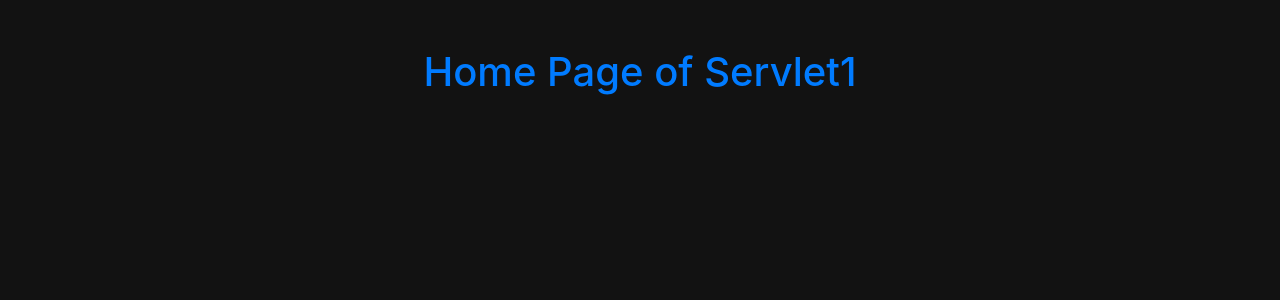
Repository: Gouravgilhare/Servlet
Page: http://localhost/SERVLET1/
These files come from the project's save history. The page is drawn as it stood at one moment and after the next save; the edit follows.
The browser window is 1280 px wide. The pictures show the whole page.
The page is served by Tomcat 10. Other server files are loaded and not shown.

Above is the page before, as saved 2025-07-16 11:40:40.

### SERVLET1/src/main/webapp/index.jsp
<%@ page language="java" contentType="text/html; charset=UTF-8"
    pageEncoding="UTF-8"%>
<!DOCTYPE html>
<html>
<head>
<meta charset="UTF-8">
<title>Home Page</title>
<link rel="stylesheet" href="https://maxcdn.bootstrapcdn.com/bootstrap/4.5.2/css/bootstrap.min.css"/>
<link rel="stylesheet" href="<%= application.getContextPath() %>/css/style.css"/>

</head>
<body>
<div class="container-fluid mt-5">
    <div class="row">
        <div class="col text-center">
            <h1 class="text-primary">Home Page of Servlet1</h1>
        </div>
    </div>
</div>

</body>
</html>

### SERVLET1/src/main/webapp/css/style.css
@charset "UTF-8";

*{
	color : #ffffff;
	background-color: #121212;
}


.menu-container ul{
		list-style-type : none;
}
.menu-container ul a{
	display : block;
	margin: 5px 10px;
}

After the next save:
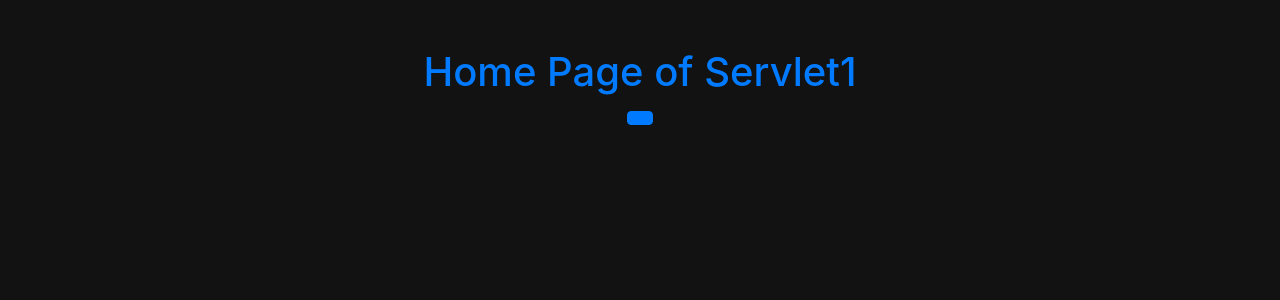
Saved 3 min 54 s later.
--- a/SERVLET1/src/main/webapp/index.jsp
+++ b/SERVLET1/src/main/webapp/index.jsp
@@ -14,6 +14,10 @@
     <div class="row">
         <div class="col text-center">
             <h1 class="text-primary">Home Page of Servlet1</h1>
+
+            <form action="<%= application.getContextPath() %>/third" method="POST">
+            	<intput type="submit" class = "btn  btn-primary">
+            </form>
         </div>
     </div>
 </div>
